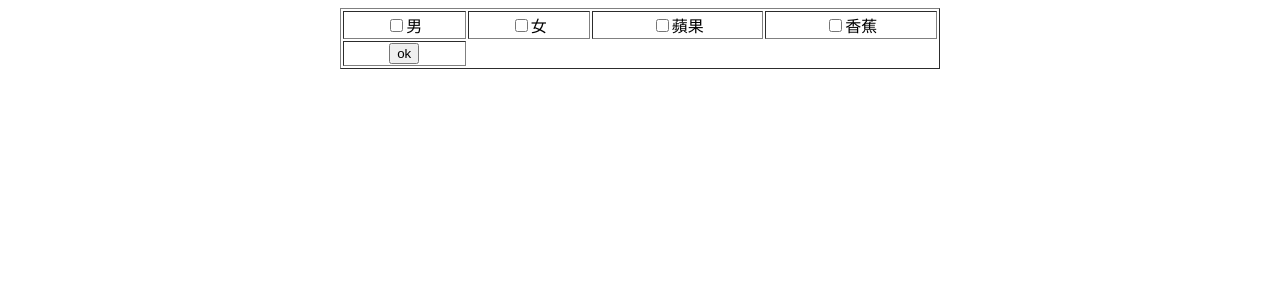
Repository: pride0420/portfolio
Page: Portfolio/1_springBoot/src/main/resources/static/textindex.html
These files come from the project's save history. The page is drawn as it stood at one moment and after the next save; the edit follows.
The browser window is 1280 px wide. The pictures show the whole page.

Above is the page before, as saved 2023-11-26 04:20:08.

### Portfolio/1_springBoot/src/main/resources/static/textindex.html
<!DOCTYPE html>
<html>
<head>
<meta charset="UTF-8">
<title>Insert title here</title>
</head>
<body>
<form actioc="add" method="get">
	<table width=600 align="center" border="1">
		<tr align="center">
			<td><input type="checkbox" name="porder" value="man">男
			<td><input type="checkbox" name="porder" value="girle">女
			<td><input type="checkbox" name="porder" value="apple">蘋果
			<td><input type="checkbox" name="porder" value="banana">香蕉
		<tr align="center">
			<td><input type="submit" value="ok">

	</table>
</form>
</body>
</html>

After the next save:
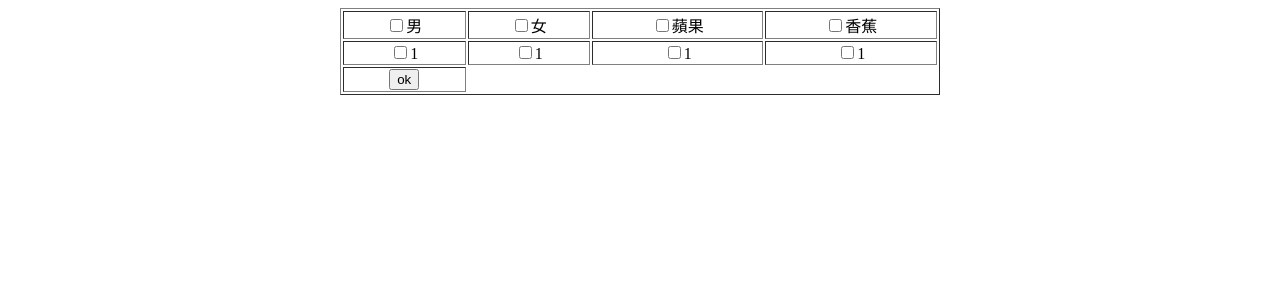
Saved 22 min 3 s later.
--- a/Portfolio/1_springBoot/src/main/resources/static/textindex.html
+++ b/Portfolio/1_springBoot/src/main/resources/static/textindex.html
@@ -13,6 +13,13 @@
 			<td><input type="checkbox" name="porder" value="apple">蘋果
 			<td><input type="checkbox" name="porder" value="banana">香蕉
 		<tr align="center">
+			<td><input type="checkbox" name="munch" value="1">1
+			<td><input type="checkbox" name="munch" value="1">1
+			<td><input type="checkbox" name="munch" value="1">1
+			<td><input type="checkbox" name="munch" value="1">1
+
+
+		<tr align="center">
 			<td><input type="submit" value="ok">
 
 	</table>
